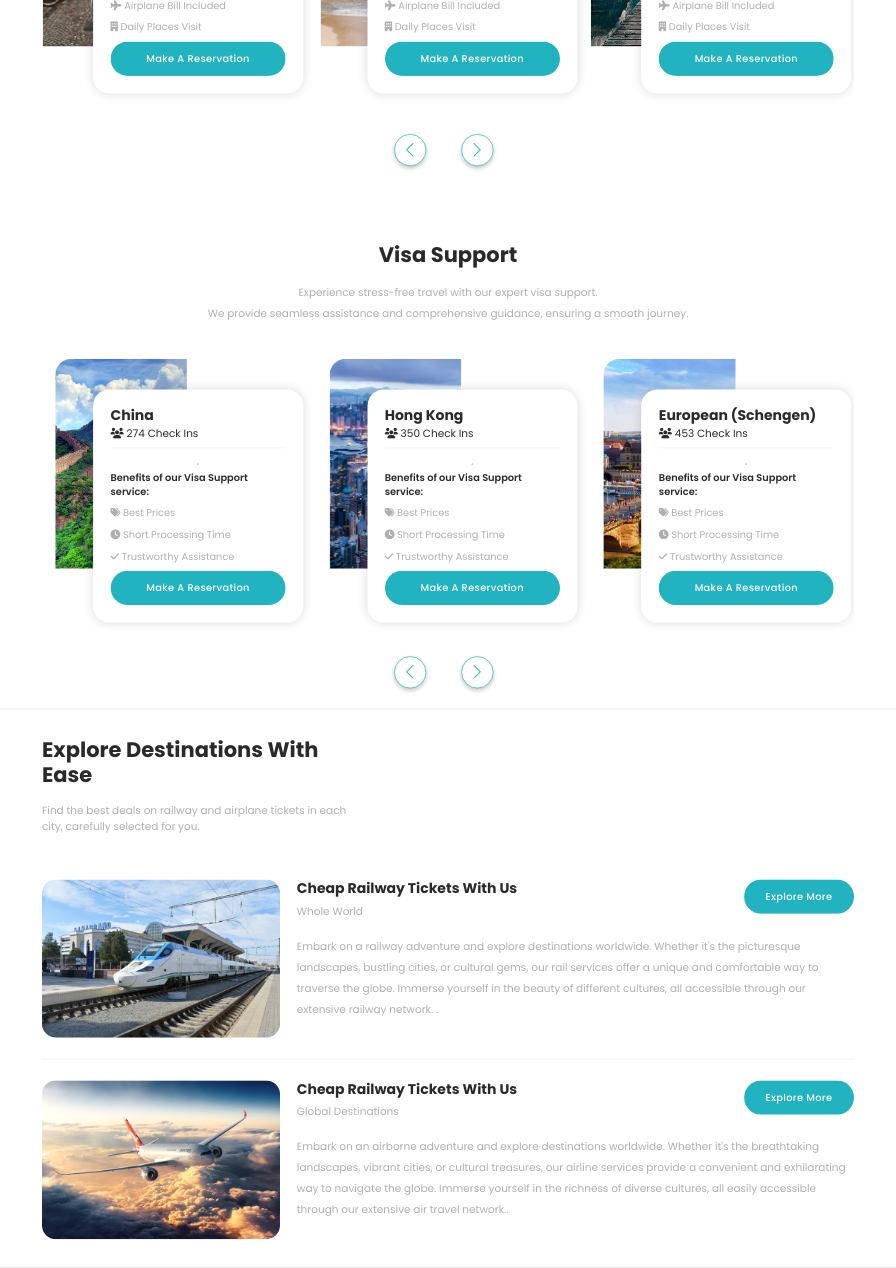
Repository: asadbekdev07/asadbekdev-zamontour-react
Page: /
The author's editor kept a copy of each file at every save. The page is drawn from the files as they stood at one save, then again after the next save.
The browser window is 1280 px wide. The pictures show the part of the page from y = 1159 to 3079 px (the page is 2970 px tall before and 3079 px after), at 70% of full size.
The project was rebuilt for these pictures with package versions that can differ from the ones it lists, and the page was loaded fresh each time. Also part of the build but not shown: vite.config.js.

Above is the page before, as saved 2024-05-26 19:04:08.

### index.html
<!doctype html>
<html lang="en">
  <head>
    <meta charset="UTF-8" />
    <link rel="icon" type="image/svg+xml" href="/vite.svg" />
    <meta name="viewport" content="width=device-width, initial-scale=1.0" />
    <title>Vite + React</title>
    <link rel="stylesheet" href="https://cdnjs.cloudflare.com/ajax/libs/font-awesome/6.5.2/css/all.min.css" integrity="sha512-SnH5WK+bZxgPHs44uWIX+LLJAJ9/2PkPKZ5QiAj6Ta86w+fsb2TkcmfRyVX3pBnMFcV7oQPJkl9QevSCWr3W6A==" crossorigin="anonymous" referrerpolicy="no-referrer" />

  </head>
  <body>
    <div id="root"></div>
    <script type="module" src="/src/main.jsx"></script>
  </body>
</html>

### src/main.jsx
import React from 'react'
import ReactDOM from 'react-dom/client'
import App from './assets/components/App'
import './assets/styles/index.css'
import './i18n'

ReactDOM.createRoot(document.getElementById('root')).render(
  <React.StrictMode>
    <App />
  </React.StrictMode>,
)

### src/assets/components/App.jsx
import Destination from "./Destination"
import Offers from "./Offers"
import SiteHeader from "./Site-header"
import SliderHero from "./Slider-hero"
import Visa from "./Visa"
import Visit from "./Visit"

function App() {

  return (
    <>
      <SiteHeader />
      <SliderHero />
      <Offers />
      <Visa />
      <Destination />
      <Visit />
    </>
  )
}

export default App

### src/i18n.jsx
import i18n from 'i18next';
import { initReactI18next } from 'react-i18next';
import Backend from 'i18next-http-backend';
import laungageDetector from 'i18next-browser-languagedetector';
import enLang from '../public/locales/en.json'
import uzLang from '../public/locales/uz.json'
import ruLang from '../public/locales/ru.json'

i18n
.use(Backend)
.use(laungageDetector)
.use(initReactI18next)
.init({
  fallbackLng: 'en',
  lng: 'en',
  debug: true,
  resources: {
    en:{translation: enLang},
    uz:{translation: uzLang},
    ru:{translation: ruLang}
  }
})

export default i18n;

### src/assets/components/Destination.jsx
import afrasiab from "/img/afr.jpg";
import airplane from "/img/airplane.jpg";

const destinationData = [
  { img: afrasiab, heading: "Cheap Railway Tickets With Us", subheading: "Whole World", text: "Embark on a railway adventure and explore destinations worldwide. Whether it's the picturesque landscapes, bustling cities, or cultural gems, our rail services offer a unique and comfortable way to traverse the globe. Immerse yourself in the beauty of different cultures, all accessible through our extensive railway network. ." },
  { img: airplane, heading: "Cheap Railway Tickets With Us", subheading: "Global Destinations", text: "Embark on an airborne adventure and explore destinations worldwide. Whether it's the breathtaking landscapes, vibrant cities, or cultural treasures, our airline services provide a convenient and exhilarating way to navigate the globe. Immerse yourself in the richness of diverse cultures, all easily accessible through our extensive air travel network.." },
]

const Destination = () => {
  return (
    <section className="destination">
      <div className="container">
        <div className="destination__top">
          <h2 className="destination__top-heading">Explore Destinations With Ease</h2>
          <p className="destination__top-text">Find the best deals on railway and airplane tickets in each city, carefully selected for you.</p>
        </div>

        <ul className="destination__list">
          {destinationData.map((destination, index) =>(
            <li key={index} className="destination__item">
            <img className="destination__img" src={destination.img} alt="Airplane img" width={340} height={228}/>
            <div className="destination__inner">
              <h3 className="destination__inner-heading">{destination.heading}</h3>
              <span className="destination__inner-span">{destination.subheading}</span>
              <div className="button__wrapper">
                <a className="button destination__button" href="#contact">Explore More</a>
              </div>
              <p className="destination__inner-description">{destination.text}</p>
              <a className="button destination__responsive-button" href="#contact">Explore More</a>
            </div>
          </li>
          ))}
        </ul>
      </div>
    </section>
  )
}

export default Destination

### src/assets/components/Offers.jsx
import { Navigation, A11y } from 'swiper/modules';
import { Swiper, SwiperSlide } from 'swiper/react';
import 'swiper/css';
import 'swiper/css/navigation';

import offersFirst from '/img/deals-04.jpg';
import offersSecond from '/img/offers-02.jpg';
import offersThird from '/img/deals-01.jpg';
import offersFourth from '/img/offers-01.jpg';
import usa from '/img/usa1.jpg';
import england from '/img/deals-02.jpg';
import canada from '/img/cand.jpg';
import europe from '/img/europe2.jpg';

const offersData = [
  { img: offersFirst, city: "Istanbul", checkIns: 234, price: 420 },
  { img: offersSecond, city: "Dubai", checkIns: 300, price: 700 },
  { img: offersThird, city: "Antalya", checkIns: 500, price: 999 },
  { img: offersFourth, city: "Sharm El-Sheikh", checkIns: 200, price: 800 },
  { img: usa, city: "USA", checkIns: 400, price: null },
  { img: england, city: "England", checkIns: 234, price: null },
  { img: canada, city: "Canada", checkIns: 345, price: null },
  { img: europe, city: "European Union", checkIns: 345, price: null }
];

const Offers = () => {
  return (
    <div className="offers">
      <div className="container">
        <div className="offers__content">
          <h2 className="offers__title">Best Weekly Offers In Each City</h2>
          <p className="offers__description">Discover the best weekly offers in each city, curated just for you. <br/> Immerse yourself in a world of savings and indulge in unparalleled experiences.</p>
        </div>
        <Swiper
          modules={[Navigation, A11y]}
          spaceBetween={15}
          slidesPerView={3}
          navigation={{ nextEl: '.swiper-button-next', prevEl: '.swiper-button-prev' }}
          loop={true}
          breakpoints={{ // Add breakpoints for adjusting slidesPerView and spaceBetween
            1000: {
              slidesPerView: 3,
              spaceBetween: 15
            },
            700: {
              slidesPerView: 2,
              spaceBetween: 15
            },
            0: {
              slidesPerView: 1,
              spaceBetween: 15
            }
          }}
          onSwiper={(swiper) => console.log(swiper)}
          onSlideChange={() => console.log('slide change')}
        >
          {offersData.map((offer, index) => (
            <SwiperSlide key={index} className='offers__card'>
              <img className='offers__img' src={offer.img} alt={`${offer.city} img`} />
              <div className="offers__card-inner inner">
                <div className="inner__top">
                  <h4>{offer.city}<br/><span><i className="fa fa-users"></i> {offer.checkIns} Check Ins</span></h4>
                  {offer.price && <h6>${offer.price}<br/><span>/person</span></h6>}
                </div>
                <hr className='inner__divider' />
                <ul className='inner__list'>
                  <li className="inner__list-title">Deal Includes:</li>
                  <li><i className="fa fa-taxi"></i> 5 Days Trip, Hotel Included</li>
                  <li><i className="fa fa-plane"></i> Airplane Bill Included</li>
                  <li><i className="fa fa-building"></i> Daily Places Visit</li>
                </ul>
                <a className="button button--wrapper" href="#contact">Make a Reservation</a>
              </div>
            </SwiperSlide>
          ))}
        </Swiper>
        <div className="swiper-buttons">
          <div className="swiper-button-prev"></div>
          <div className="swiper-button-next"></div>
        </div>
      </div>
    </div>
  );
};

export default Offers;

### src/assets/components/Site-header.jsx
import React, { useState } from 'react';
import zamonImg from '/img/zamon.svg';
import { FontAwesomeIcon } from '@fortawesome/react-fontawesome';
import { faBars, faTimes } from '@fortawesome/free-solid-svg-icons';
import { useTranslation } from 'react-i18next';

const SiteHeader = () => {
  const [isMenuOpen, setIsMenuOpen] = useState(false);

  const handleToggle = () => {
    setIsMenuOpen(prevState => !prevState);
  };

  const { t, i18n } = useTranslation();
  const currentLanguage = i18n.language;

  const handleChange = (language) => {
    i18n.changeLanguage(language);
  }

  return (
    <header className={`site-header ${isMenuOpen ? 'is-open' : ''}`}>
      <div className="container site-header__container">
        <a className="site-header__logo-link" href="#">
          <img className='site-header__logo logo' src={zamonImg} alt="Site logo" width={159} height={41} />
        </a>

        <div className="site-header__sitenav">
          <nav className="sitenav">
            <ul className="sitenav__list">
              {/* ITEM  */}
              <li className="sitenav__item">
                <a className='sitenav__link' href="#">{t('home')}</a>
              </li>
              {/* ITEM  */}
              <li className="sitenav__item">
                <a className='sitenav__link' href="#about">{t('about')}</a>
              </li>
              {/* ITEM  */}
              <li className="sitenav__item">
                <a className='sitenav__link' href="tours">{t('tours')}</a>
              </li>
              {/* ITEM  */}
              <li className="sitenav__item">
                <a className='sitenav__link' href="contacts">{t('contacts')}</a>
              </li>
            </ul>
          </nav>

          <ul className="lang">
            {/* ITEM  */}
            <li className="lang__item">
              <a
                className={`lang__link ${currentLanguage === 'en' ? 'selected' : ''}`}
                href="#"
                onClick={(e) => { e.preventDefault(); handleChange('en'); }}
              >
                EN
              </a>
            </li>
            {/* ITEM  */}
            <li className="lang__item">
              <a
                className={`lang__link ${currentLanguage === 'uz' ? 'selected' : ''}`}
                href="#"
                onClick={(e) => { e.preventDefault(); handleChange('uz'); }}
              >
                UZ
              </a>
            </li>
            {/* ITEM  */}
            <li className="lang__item">
              <a
                className={`lang__link ${currentLanguage === 'ru' ? 'selected' : ''}`}
                href="#"
                onClick={(e) => { e.preventDefault(); handleChange('ru'); }}
              >
                РУ
              </a>
            </li>
          </ul>

          <ul className="social">
            {/* ITEM  */}
            <li className="social__item">
              <a className='social__link' href="https://www.instagram.com/zamontour/" target="_blank" rel="noopener noreferrer">
                <i className="fa-brands fa-instagram social__icon"></i>
              </a>
            </li>
            {/* ITEM  */}
            <li className="social__item">
              <a className='social__link' href="https://t.me/zamonbiznestour" target="_blank" rel="noopener noreferrer">
                <i className="fa-brands fa-telegram social__icon"></i>
              </a>
            </li>
          </ul>
        </div>
        <button className='site-header__toggler' onClick={handleToggle}>
          <FontAwesomeIcon icon={isMenuOpen ? faTimes : faBars} size="2x" />
        </button>
      </div>
    </header>
  );
};

export default SiteHeader;

### src/assets/components/Slider-hero.jsx
import React from 'react';
import { Swiper, SwiperSlide } from 'swiper/react';
import 'swiper/css';
import 'swiper/css/pagination';
import 'swiper/css/navigation';


import { Autoplay, Pagination, Navigation } from 'swiper/modules';

import istanbulImg from '/img/istanbul.jpg';
import antalyaImg from '/img/antalya.jpg';
import dubaiImg from '/img/dubai2.jpg';
import sharmImg from '/img/sharm.jpg';

const slidesData = [
  {
    img: istanbulImg,
    city: 'Istanbul',
    population: '15.5 M',
    territory: '5.461 km²',
    avgPrice: '$946.000'
  },
  {
    img: antalyaImg,
    city: 'Antalya',
    population: '1.5 M',
    territory: '1.417 km²',
    avgPrice: '$1.100.200'
  },
  {
    img: dubaiImg,
    city: 'Dubai',
    population: '3.3 M',
    territory: '35 km²',
    avgPrice: '$425.000'
  },
  {
    img: sharmImg,
    city: 'Sharm El-Sheikh',
    population: '0.07 M',
    territory: '45 km²',
    avgPrice: '$165.450'
  }
];

const SlideContent = ({ img, city, population, territory, avgPrice }) => (
  <section className="slider" style={{ backgroundImage: `url(${img})` }}>
    <div className="container slider__container">
      <div className="slider__top">
        <h3 className="slider__top-heading">Take a Glimpse Into The Beautiful City Of:</h3>
        <h2 className="slider__top-city">{city}</h2>
        <a className="button button--cta" href="#contact">Go There</a>
      </div>
      <div className="slider__bottom">
        <ul className="slider__bottom-list list">
          <li className="list__item">
            <div className="list__item-inner">
              <i className="fa fa-user"></i>
              <h4 className="list__subheading">
                <span>Population:</span><br />{population}
              </h4>
            </div>
          </li>
          <li className="list__item">
            <div className="list__item-inner">
              <i className="fa fa-globe"></i>
              <h4 className="list__subheading">
                <span>Territory:</span><br />{territory}
              </h4>
            </div>
          </li>
          <li className="list__item">
            <div className="list__item-inner">
              <i className="fa fa-home"></i>
              <h4 className="list__subheading">
                <span>Avg Price:</span><br />{avgPrice}
              </h4>
            </div>
          </li>
          <div className="list__item-inner">
            <a className="button" href="#contact">Explore More</a>
          </div>
        </ul>
      </div>
    </div>
  </section>
);

export default function SliderHero() {
  return (
    <Swiper
      spaceBetween={5}
      centeredSlides={true}
      autoplay={{
        delay: 5500,
        disableOnInteraction: false,
      }}
      pagination={{
        clickable: true,
      }}
      loop={true}
      navigation={false}
      modules={[Autoplay, Pagination, Navigation]}
      className="mySwiper"
    >
      {slidesData.map((slide, index) => (
        <SwiperSlide key={index}>
          <SlideContent {...slide} />
        </SwiperSlide>
      ))}
    </Swiper>
  );
}

### src/assets/components/Visa.jsx
import React from 'react';
import { Navigation, A11y } from 'swiper/modules';
import { Swiper, SwiperSlide } from 'swiper/react';
import 'swiper/css';
import 'swiper/css/navigation';

import china from '/img/china.jpg';
import hongkong from '/img/hongkong.jpg';
import europe from '/img/europe.jpeg';
import india from '/img/india.jpg';
import japan from '/img/japan.jpg';
import saudi from '/img/saudi.jpg';
import oman from '/img/oman.jpg';

const offersData = [
  { img: china, city: "China", checkIns: 274 },
  { img: hongkong, city: "Hong Kong", checkIns: 350 },
  { img: europe, city: "European (Schengen)", checkIns: 453 },
  { img: india, city: "India", checkIns: 220 },
  { img: japan, city: "Japan", checkIns: 442 },
  { img: saudi, city: "Saudi Arabia", checkIns: 424 },
  { img: oman, city: "Oman", checkIns: 389 }
];

const Visa = () => {
  return (
    <div className="visa">
      <div className="container">
        <div className="visa__content">
          <h2 className="visa__title">Visa Support</h2>
          <p className="visa__description">
          Experience stress-free travel with our expert visa support. <br/> We provide seamless assistance and comprehensive guidance, ensuring a smooth journey.
          </p>
        </div>
        <Swiper
          modules={[Navigation, A11y]}
          spaceBetween={15}
          slidesPerView={3}
          navigation={{ nextEl: '.swiper-button-next', prevEl: '.swiper-button-prev' }}
          loop={true}
          breakpoints={{
            1000: {
              slidesPerView: 3,
              spaceBetween: 15
            },
            700: {
              slidesPerView: 2,
              spaceBetween: 15
            },
            0: {
              slidesPerView: 1,
              spaceBetween: 15
            }
          }}
          onSwiper={(swiper) => console.log(swiper)}
          onSlideChange={() => console.log('slide change')}
        >
          {offersData.map((offer, index) => (
            <SwiperSlide key={index} className='visa__card'>
              <img className='visa__img' src={offer.img} alt={`${offer.city} img`} />
              <div className="visa__card-inner inner">
                <div className="inner__top">
                  <h4>{offer.city}<br /><span><i className="fa fa-users"></i> {offer.checkIns} Check Ins</span></h4>
                </div>
                <hr className='inner__divider' />
                <ul className='inner__list'>
                  <li className="inner__list-title">Benefits of our Visa Support service:</li>
                  <li><i className="fa fa-tags"></i> Best Prices</li>
                  <li><i className="fa fa-clock"></i> Short Processing Time</li>
                  <li><i className="fa fa-check"></i> Trustworthy Assistance</li>
                </ul>
                <a className="button button--wrapper" href="#contact">Make a Reservation</a>
              </div>
            </SwiperSlide>
          ))}
        </Swiper>
        <div className="swiper-buttons">
          <div className="swiper-button-prev"></div>
          <div className="swiper-button-next"></div>
        </div>
      </div>
    </div>
  );
};

export default Visa;

### src/assets/components/Visit.jsx
import dubai from "/img/dubai2.jpg";
import antalya from "/img/country-02.jpg";
import sharm from "/img/sharm2.jpg";
import istanbul from "/img/istanbul3.jpg";

const Visit = () => {
  return (
    <section className="visit">
      <div className="container"></div>
    </section>
  )
}

export default Visit

Loaded but not shown: public/locales/uz.json (12 lines, source omitted); public/locales/en.json (12 lines, source omitted); public/locales/ru.json (12 lines, source omitted); src/assets/styles/index.css (1000 lines, source omitted)

After the next save:
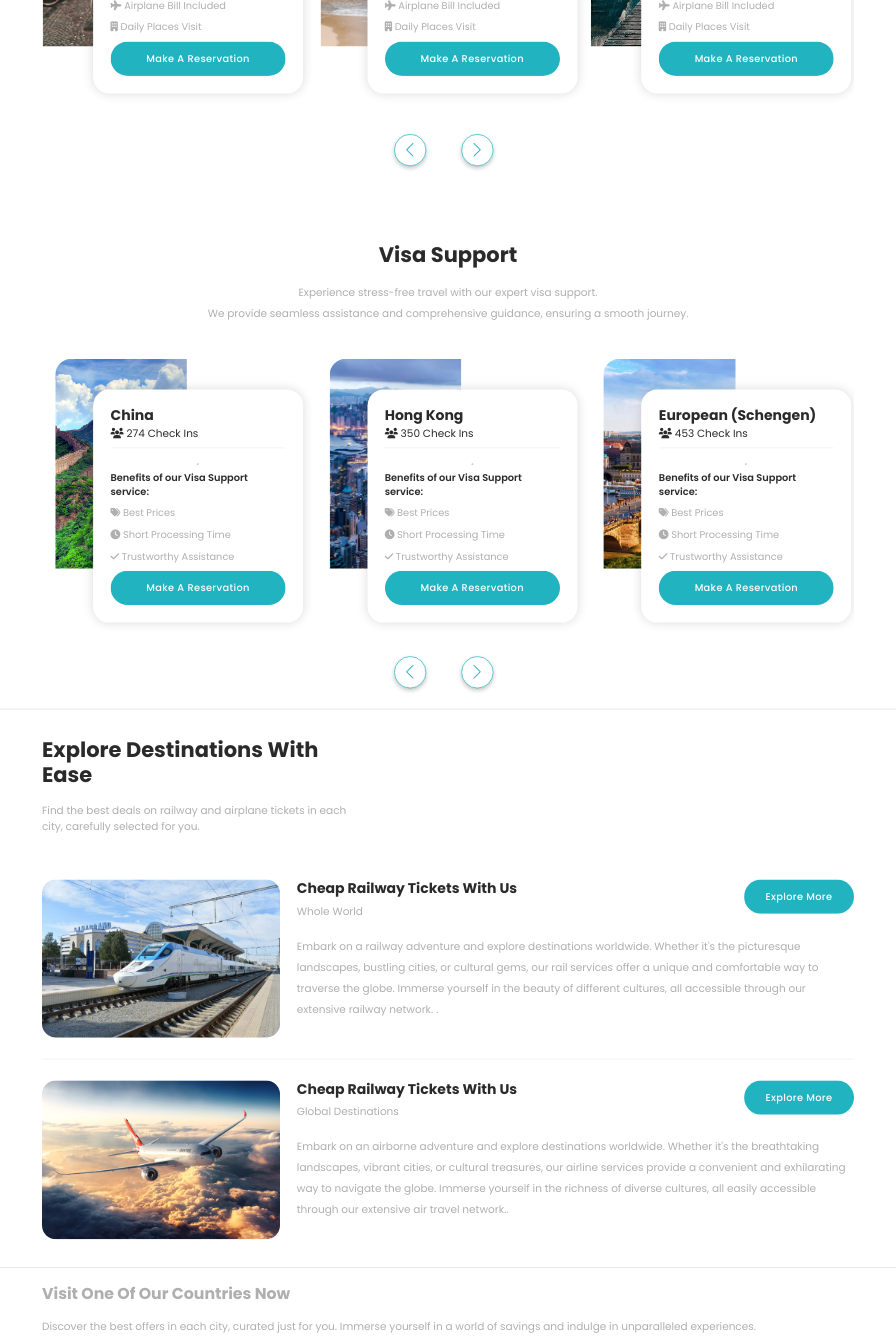
Saved 51 s later.
--- a/src/assets/components/Visit.jsx
+++ b/src/assets/components/Visit.jsx
@@ -6,7 +6,12 @@ import istanbul from "/img/istanbul3.jpg";
 const Visit = () => {
   return (
     <section className="visit">
-      <div className="container"></div>
+      <div className="container">
+      <div className="visit__content">
+        <h2 className="visit__heading">Visit One Of Our Countries Now</h2>
+        <p className="visit__description">Discover the best offers in each city, curated just for you. Immerse yourself in a world of savings and indulge in unparalleled experiences.</p>
+      </div>
+      </div>
     </section>
   )
 }
